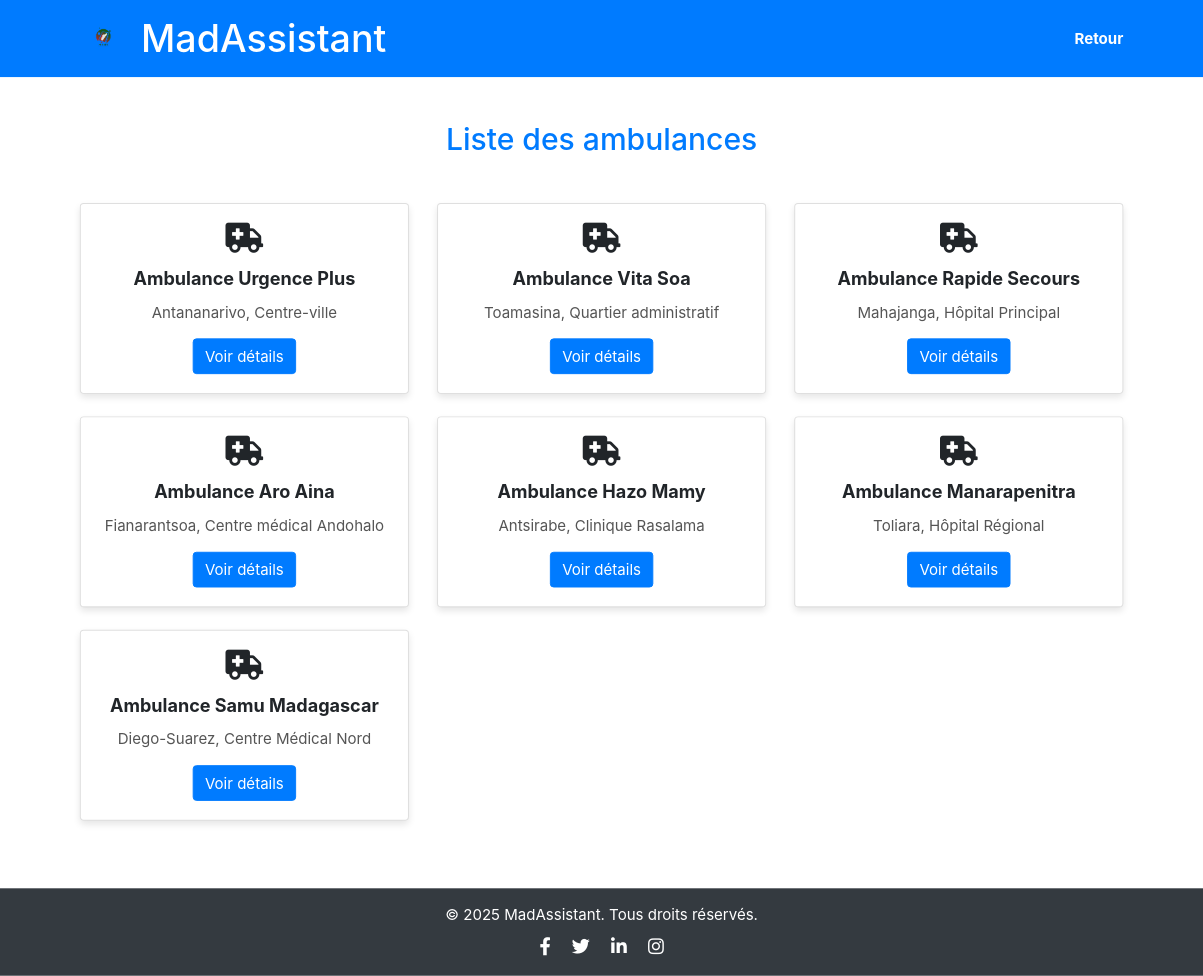
Repository: Anonyme-spy/Html-IGGL1B
Page: ambulance.html
An editor plug-in stored every save of this project. The page is shown before and after the next save, followed by the edit.
The browser window is 1280 px wide. The pictures show the whole page, at 94% of full size.

Above is the page before, as saved 2025-04-28 14:46:02.

### ambulance.html
<!DOCTYPE html>
<html lang="fr">
<head>
    <meta charset="UTF-8">
    <meta name="viewport" content="width=device-width, initial-scale=1.0">
    <title>MadAssistant - Ambulances</title>
    <link rel="stylesheet" href="autre2cat.css">
    <link rel="stylesheet" href="https://stackpath.bootstrapcdn.com/bootstrap/4.5.2/css/bootstrap.min.css">
    <link rel="stylesheet" href="https://cdnjs.cloudflare.com/ajax/libs/font-awesome/5.15.3/css/all.min.css">
</head>
<body>

    <header class="bg-primary text-white py-3">
        <div class="container d-flex justify-content-between align-items-center">
            <div class="d-flex align-items-center">
                <img src="logo-removebg-preview.png" alt="Logo MadAssistant" class="logo">
                <h1 class="mb-0">MadAssistant</h1>
            </div>
            <ul class="navbar-nav ml-auto">
                <li class="nav-item"><a href="catégo.html" class="nav-link text-white">Retour</a></li>
            </ul>
        </div>
    </header>

    <section id="ambulances" class="py-5">
        <div class="container">
            <h2 class="text-center mb-5">Liste des ambulances</h2>
            <div class="row" id="ambulances-container">
                <!-- Les ambulances seront affichées ici dynamiquement -->
            </div>
        </div>
    </section>

    <footer class="bg-dark text-white py-3">
        <div class="container text-center">
            <p class="mb-0">&copy; 2025 MadAssistant. Tous droits réservés.</p>
            <div class="mt-2">
                <a href="#" class="text-white mr-2"><i class="fab fa-facebook-f"></i></a>
                <a href="#" class="text-white mr-2"><i class="fab fa-twitter"></i></a>
                <a href="#" class="text-white mr-2"><i class="fab fa-linkedin-in"></i></a>
                <a href="#" class="text-white"><i class="fab fa-instagram"></i></a>
            </div>
        </div>
    </footer>

    <!-- Modal pour afficher les détails d'une ambulance -->
    <div class="modal fade" id="ambulanceModal" tabindex="-1" aria-labelledby="ambulanceModalLabel" aria-hidden="true">
        <div class="modal-dialog">
            <div class="modal-content">
                <div class="modal-header">
                    <h5 class="modal-title" id="ambulanceModalLabel">Détails de l'ambulance</h5>
                    <button type="button" class="close" data-dismiss="modal" aria-label="Close">
                        <span aria-hidden="true">&times;</span>
                    </button>
                </div>
                <div class="modal-body" id="ambulance-details">
                    <!-- Détails de l'ambulance -->
                </div>
            </div>
        </div>
    </div>

    <script>
        const ambulances = [
            {
                nom: "Ambulance Urgence Plus",
                localisation: "Antananarivo, Centre-ville",
                telephone: "+261 34 12 345 67",
                disponibilite: "24/7",
                instructions: "Appeler en cas d'urgence médicale."
            },
            {
                nom: "Ambulance Vita Soa",
                localisation: "Toamasina, Quartier administratif",
                telephone: "+261 33 22 987 65",
                disponibilite: "7j/7",
                instructions: "Disponible pour transport médicalisé longue distance."
            },
            {
                nom: "Ambulance Rapide Secours",
                localisation: "Mahajanga, Hôpital Principal",
                telephone: "+261 32 78 654 32",
                disponibilite: "24/7",
                instructions: "Intervention rapide en cas d'accident."
            },
            {
                nom: "Ambulance Aro Aina",
                localisation: "Fianarantsoa, Centre médical Andohalo",
                telephone: "+261 34 56 789 10",
                disponibilite: "24h/24",
                instructions: "Prise en charge des urgences vitales."
            },
            {
                nom: "Ambulance Hazo Mamy",
                localisation: "Antsirabe, Clinique Rasalama",
                telephone: "+261 38 90 123 45",
                disponibilite: "Du lundi au samedi",
                instructions: "Spécialisée en soins d'urgence pédiatriques."
            },
            {
                nom: "Ambulance Manarapenitra",
                localisation: "Toliara, Hôpital Régional",
                telephone: "+261 32 44 556 78",
                disponibilite: "24h/24",
                instructions: "Équipée pour les soins intensifs."
            },
            {
                nom: "Ambulance Samu Madagascar",
                localisation: "Diego-Suarez, Centre Médical Nord",
                telephone: "+261 34 21 432 10",
                disponibilite: "24/7",
                instructions: "Assistance médicale et transport d'urgence."
            }
        ];

        function afficherAmbulances() {
            const container = document.getElementById("ambulances-container");
            container.innerHTML = "";
            ambulances.forEach((ambulance, index) => {
                const card = `
                    <div class="col-md-4 mb-4">
                        <div class="card text-center">
                            <div class="card-body">
                                <i class="fas fa-ambulance fa-2x mb-3"></i>
                                <h3 class="card-title">${ambulance.nom}</h3>
                                <p class="card-text">${ambulance.localisation}</p>
                                <button class="btn btn-primary" onclick="afficherDetails(${index})">Voir détails</button>
                            </div>
                        </div>
                    </div>
                `;
                container.innerHTML += card;
            });
        }

        function afficherDetails(index) {
            const ambulance = ambulances[index];
            const details = `
                <p><strong>Nom:</strong> ${ambulance.nom}</p>
                <p><strong>Localisation:</strong> ${ambulance.localisation}</p>
                <p><strong>Téléphone:</strong> ${ambulance.telephone}</p>
                <p><strong>Disponibilité:</strong> ${ambulance.disponibilite}</p>
                <p><strong>Instructions:</strong> ${ambulance.instructions}</p>
            `;
            document.getElementById("ambulance-details").innerHTML = details;
            $('#ambulanceModal').modal('show');
        }

        document.addEventListener("DOMContentLoaded", afficherAmbulances);
    </script>

    <script src="https://code.jquery.com/jquery-3.5.1.min.js"></script>
    <script src="https://cdn.jsdelivr.net/npm/bootstrap@4.5.2/dist/js/bootstrap.bundle.min.js"></script>

</body>
</html>

### autre2cat.css
body {
  font-family: Arial, sans-serif;
  background-color: #f8f9fa;
}

header {
  background-color: #007bff;
  color: white;
  padding: 15px 0;
}

header .container {
  display: flex;
  justify-content: space-between;
  align-items: center;
}

.logo {
  height: 50px;
  margin-right: 15px;
}

.navbar-nav .nav-link {
  color: white !important;
  font-weight: bold;
}

h2 {
  color: #007bff;
}

.card {
  border: none;
  box-shadow: 0px 4px 8px rgba(0, 0, 0, 0.1);
  transition: transform 0.2s;
}

.card:hover {
  transform: scale(1.05);
}

.card-title {
  font-size: 1.2rem;
  font-weight: bold;
}

.card-text {
  color: #555;
}

.btn-primary {
  background-color: #007bff;
  border: none;
}

.btn-primary:hover {
  background-color: #0056b3;
}

.modal-content {
  border-radius: 10px;
}

.modal-header {
  background-color: #f600dd;
  color: white;
  border-top-left-radius: 10px;
  border-top-right-radius: 10px;
}

.modal-body p {
  font-size: 1rem;
  margin-bottom: 0.5rem;
}

footer {
  background-color: #343a40;
  color: white;
  padding: 15px 0;
  text-align: center;
}

footer a {
  color: white;
  margin: 0 10px;
  font-size: 1.2rem;
}

footer a:hover {
  color: #007bff;
}

After the next save:
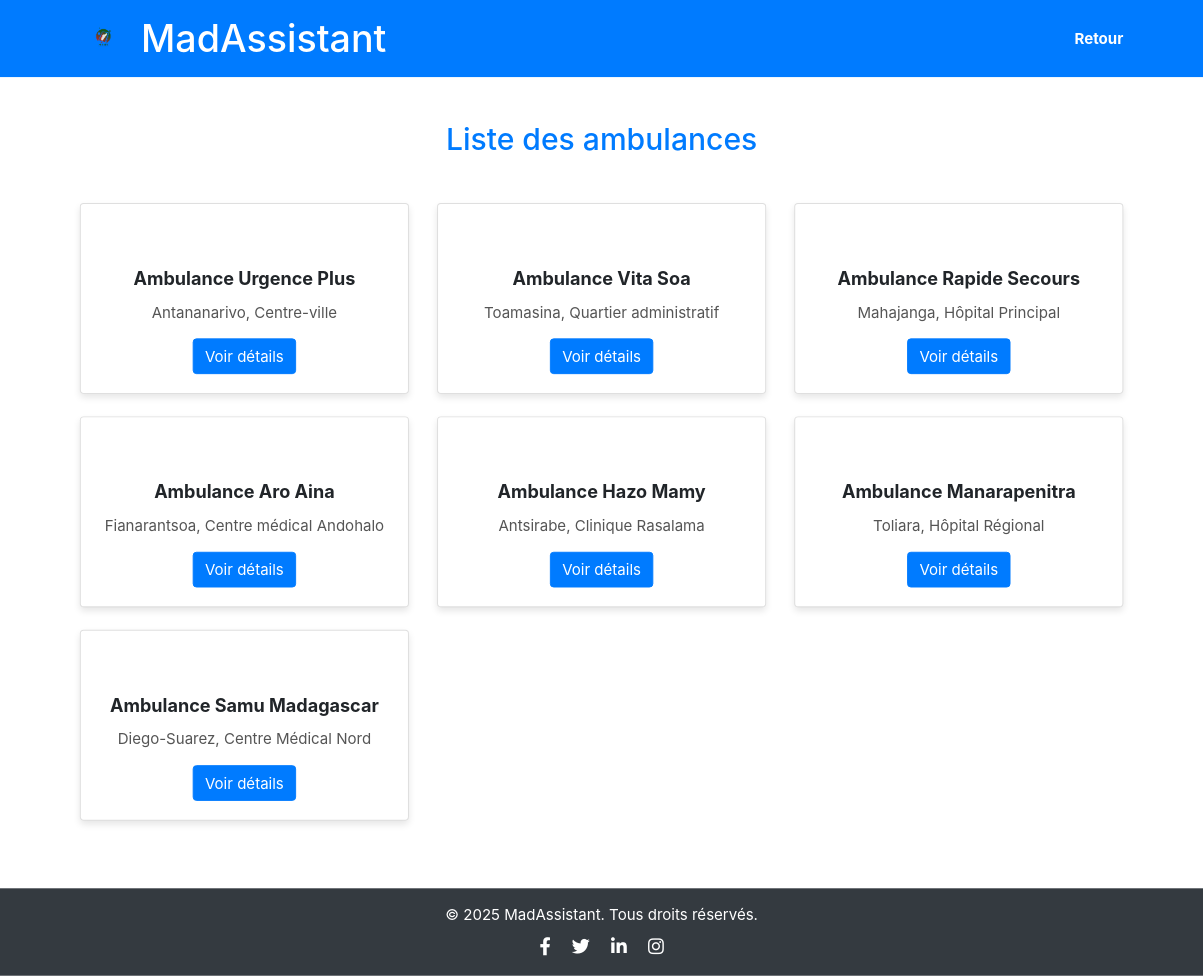
Saved 17 min 30 s later.
--- a/ambulance.html
+++ b/ambulance.html
@@ -1,5 +1,6 @@
 <!DOCTYPE html>
 <html lang="fr">
+
 <head>
     <meta charset="UTF-8">
     <meta name="viewport" content="width=device-width, initial-scale=1.0">
@@ -8,6 +9,7 @@
     <link rel="stylesheet" href="https://stackpath.bootstrapcdn.com/bootstrap/4.5.2/css/bootstrap.min.css">
     <link rel="stylesheet" href="https://cdnjs.cloudflare.com/ajax/libs/font-awesome/5.15.3/css/all.min.css">
 </head>
+
 <body>
 
     <header class="bg-primary text-white py-3">
@@ -121,7 +123,7 @@
                     <div class="col-md-4 mb-4">
                         <div class="card text-center">
                             <div class="card-body">
-                                <i class="fas fa-ambulance fa-2x mb-3"></i>
+                                <i class="fas fa-facebook fa-2x mb-3"></i>
                                 <h3 class="card-title">${ambulance.nom}</h3>
                                 <p class="card-text">${ambulance.localisation}</p>
                                 <button class="btn btn-primary" onclick="afficherDetails(${index})">Voir détails</button>
@@ -153,4 +155,5 @@
     <script src="https://cdn.jsdelivr.net/npm/bootstrap@4.5.2/dist/js/bootstrap.bundle.min.js"></script>
 
 </body>
+
 </html>
